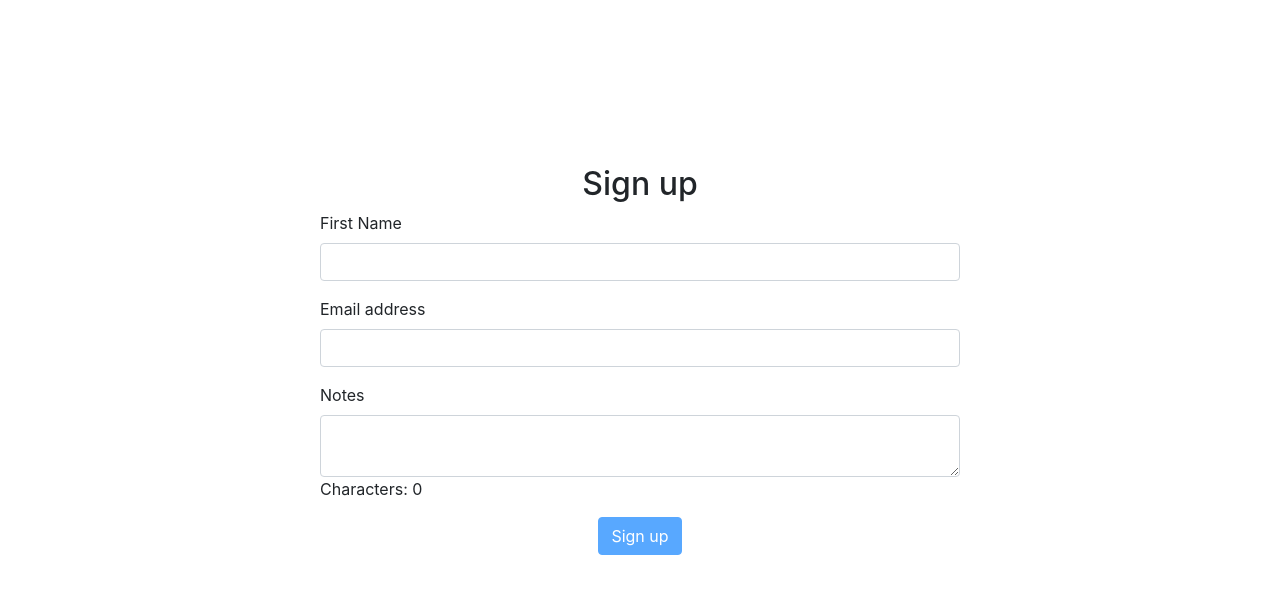
Repository: jklodge/react-form
Page: / (app in adzuna-form/)
These files come from the project's save history. The page is drawn as it stood at one moment and after the next save; the edit follows.
The browser window is 1280 px wide. The pictures show the whole page.
The project was rebuilt for these pictures with package versions that can differ from the ones it lists, and the page was loaded fresh each time. Also part of the build but not shown: adzuna-form/src/Components/SuccessPage.js.

Above is the page before, as saved 2020-01-09 13:50:56.

### adzuna-form/src/App.js
import React from "react";
import "bootstrap/dist/css/bootstrap.css";
// import "bootstrap/dist/css/bootstrap-theme.css";
import "./App.css";
import Form from "./Components/Form.js";

function App() {
  return (
    <div className="App">
      <main>
        <Form />
      </main>
    </div>
  );
}

export default App;

### adzuna-form/src/Components/Form.js
import React, { Component } from "react";
import "./Form.scss";
import { SuccessPage } from "./SuccessPage";
class Form extends Component {
  state = {
    email: "",
    name: "",
    notes: "",
    errorValidation: { email: "", name: "", notes: "" },
    emailValid: false,
    nameValid: false,
    notesValid: false,
    formValid: false,
    isSubmitted: false
  };

  //manage user input change and set value to state of input name
  handleChange = e => {
    const value = e.target.value;
    this.setState({
      ...this.state,
      [e.target.name]: value
    });
  };

  //Check inputs are valid against the conditions and then set these to the
  //errorValidation object. Set whether inputs are valid to state
  checkInput = e => {
    const value = e.target.value;
    const name = e.target.name;

    let inputValidationErrors = this.state.errorValidation;
    let emailValid = this.state.emailValid;
    let nameValid = this.state.nameValid;
    let notesValid = this.state.notesValid;

    switch (name) {
      case "email":
        if (value.match(/^([\w.%+-]+)@([\w-]+\.)+([\w]{2,})$/i))
          emailValid = true;
        inputValidationErrors.email = emailValid ? "" : " is invalid";
        break;
      case "name":
        nameValid = value.length >= 1;
        inputValidationErrors.name = nameValid ? "" : " is too short";
        break;
      case "notes":
        notesValid = value.length >= 20;
        inputValidationErrors.notes = notesValid ? "" : " is too short";
        break;
      default:
        break;
    }
    this.setState(
      {
        errorValidation: inputValidationErrors,
        emailValid: emailValid,
        nameValid: nameValid,
        notesValid: notesValid
      },
      this.checkFormValidation
    );
  };

  //Validate whether form is valid by checking all state inputs are true
  checkFormValidation = () => {
    this.setState({
      formValid:
        this.state.emailValid && this.state.nameValid && this.state.notesValid
    });
  };

  //Handle the submission of the form add prevent default and
  handleSubmit = e => {
    e.preventDefault();
    if (this.state.formValid) this.setState({ isSubmitted: true });
  };

  render() {
    return (
      <div className="adzuna-form">
        {!this.state.isSubmitted && (
          <form onSubmit={this.handleSubmit} className="form-container">
            <h2>Sign up</h2>
            <div className={`form-group `}>
              <label htmlFor="text">First Name</label>
              <input
                type="text"
                className={`form-control ${
                  this.state.errorValidation.name
                    ? "is-invalid"
                    : this.state.nameValid
                    ? "is-valid"
                    : ""
                }`}
                name="name"
                value={this.state.name}
                onChange={this.handleChange}
                onBlur={this.checkInput}
                required
              />
            </div>
            <p>
              {this.state.errorValidation.name
                ? "This name needs to be more than one character"
                : ""}
            </p>

            <div className={`form-group `}>
              <label htmlFor="email">Email address</label>
              <input
                type="email"
                className={`form-control ${
                  this.state.errorValidation.email
                    ? "is-invalid"
                    : this.state.emailValid
                    ? "is-valid"
                    : ""
                }`}
                name="email"
                value={this.state.email}
                onChange={this.handleChange}
                onBlur={this.checkInput}
                required
              />
              <p>
                {this.state.errorValidation.email
                  ? "This email is not recognised"
                  : ""}
              </p>
            </div>
            <div className={`form-group `}>
              <label htmlFor="comment">Notes</label>
              <textarea
                type="text"
                className={`form-control ${
                  this.state.errorValidation.notes
                    ? "is-invalid"
                    : this.state.notesValid
                    ? "is-valid"
                    : ""
                }`}
                name="notes"
                value={this.state.notes}
                onChange={this.handleChange}
                onBlur={this.checkInput}
                required
              />
              <span>Characters: </span>
              <span>{this.state.notes.length}</span>
              <p>
                {this.state.errorValidation.notes
                  ? "Needs to be more than 20 characters"
                  : ""}
              </p>
            </div>
            <button
              type="submit"
              className="btn btn-primary"
              disabled={!this.state.formValid}
            >
              Sign up
            </button>
          </form>
        )}
        {this.state.isSubmitted && <SuccessPage name={this.state.name} />}
      </div>
    );
  }
}
export default Form;

### adzuna-form/src/Components/Form.scss
.adzuna-form {
  align-items: center;
  display: flex;
  flex-direction: column;
  height: 100vh;
  justify-content: center;

  .form-container {
    width: 50%;
  }

  .form-group {
    text-align: left;

    p {
      text-align: center;
    }
  }
  .form {
    margin: 20px;
  }

  .is-invalid {
    border-color: #dc3545;
  }
}

Loaded but not shown: adzuna-form/public/index.html (common file); adzuna-form/src/index.js (common file); adzuna-form/src/index.css (common file); adzuna-form/src/serviceWorker.js (common file); adzuna-form/src/App.css (common file)

After the next save:
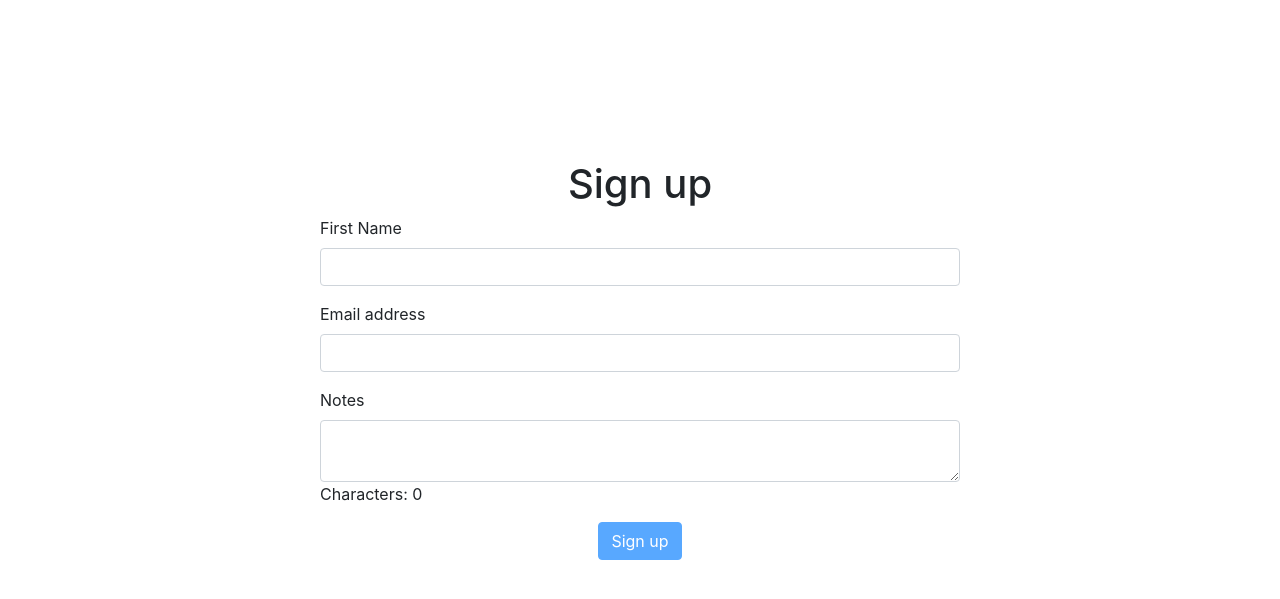
Saved 2 min 10 s later.
--- a/adzuna-form/src/Components/Form.js
+++ b/adzuna-form/src/Components/Form.js
@@ -81,7 +81,7 @@ class Form extends Component {
       <div className="adzuna-form">
         {!this.state.isSubmitted && (
           <form onSubmit={this.handleSubmit} className="form-container">
-            <h2>Sign up</h2>
+            <h1>Sign up</h1>
             <div className={`form-group `}>
               <label htmlFor="text">First Name</label>
               <input
